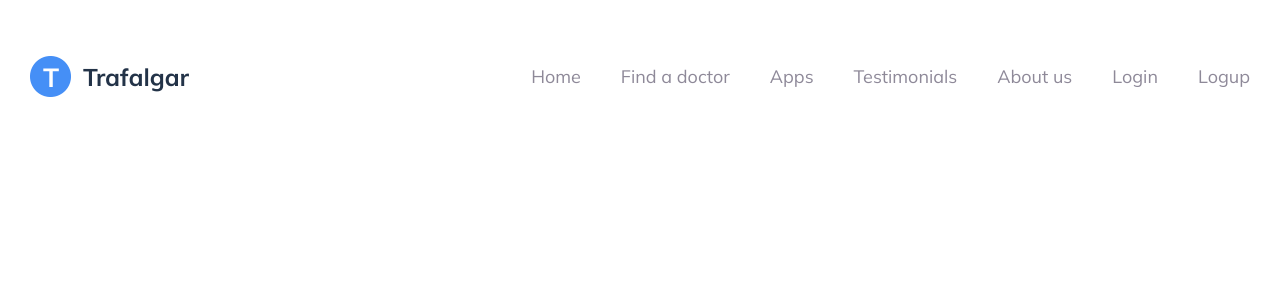
Repository: tungcutte35/Trafalgar
Page: index.html
The author's editor kept a copy of each file at every save. The page is drawn from the files as they stood at one save, then again after a run of saves.
The browser window is 1280 px wide. The pictures show the whole page.
The style sheet was rebuilt from its Sass, Less or Tailwind sources for each picture, by a compiler version that may differ from the author's.

Above is the page before, as saved 2021-10-17 16:10:03.

### index.html
<!DOCTYPE html>
<html lang="en">
<head>
  <meta charset="UTF-8">
  <meta http-equiv="X-UA-Compatible" content="IE=edge">
  <meta name="viewport" content="width=device-width, initial-scale=1.0">
  <title>HE</title>
  <link rel="stylesheet" href="./sass/css/app.css">
  <link rel="preconnect" href="https://fonts.googleapis.com">
  <link rel="preconnect" href="https://fonts.gstatic.com" crossorigin>
  <link href="https://fonts.googleapis.com/css2?family=Mulish:wght@300;400;700&display=swap" rel="stylesheet">
 <link rel="stylesheet" href="./font/fontawesome-free-5.15.4-web/css/all.min.css">
</head>
<body>
  <div class="wrapper">
    <header class="header">
    <div class="container">
      <div class="header-main">
        <img srcset="./Images/logo.png 2x" alt="" class="header-img">
        <ul class="menu">
          <li class="menu-item">
            <a href="#" class="menu-link">Home</a>
          </li>
          <li class="menu-item">
            <a href="#" class="menu-link">Find a doctor</a>
          </li>
          <li class="menu-item">
            <a href="#" class="menu-link">Apps</a>
          </li>
          <li class="menu-item">
            <a href="#" class="menu-link">Testimonials</a>
          </li>
          <li class="menu-item">
            <a href="#" class="menu-link">About us</a>
          </li>
          <li class="menu-item">
            <a href="#" class="menu-link">Login</a>
          </li>
          <li class="menu-item">
            <a href="#" class="menu-link">Logup</a>
          </li>
        </ul>

      </div>
    </div>
  </div>


</body>
</html>

### sass/app.scss
@import "reset";
@import "variables";
@import "global";
@import "header";
@import "./menu";

### sass/_variables.scss
$font: "Mulish", sans-serif;
$gray: #1f1534;
$heading-color: #000000;
$primary-color: #458ff6;
$footer-color: #fff;

### sass/_global.scss
.wrapper {
  max-width: 1600px;
  margin: 0 auto;
}
.container {
  max-width: 1260px;
  margin: 0 auto;
  padding: 0 20px;
}
body {
  font-family: $font;
  line-height: 1;
  font-size: 16px;
  color: $gray;
}
ul {
  list-style-type: none;
}

### sass/_header.scss
.header {
  padding-top: 56px;
  &-main {
    display: flex;
    justify-content: space-between;
    align-items: center;
  }
}

### sass/_menu.scss
.menu {
  display: flex;
  align-items: center;
  gap: 0 40px;
  &-link {
    color: #1f1534;
    opacity: 0.5;
    font-size: 18px;
  }
  &-item:first-child {
    opacity: 1;
  }
}

Loaded but not shown: font/fontawesome-free-5.15.4-web/css/all.min.css (library); sass/_reset.scss (common file)

After the next 3 saves:
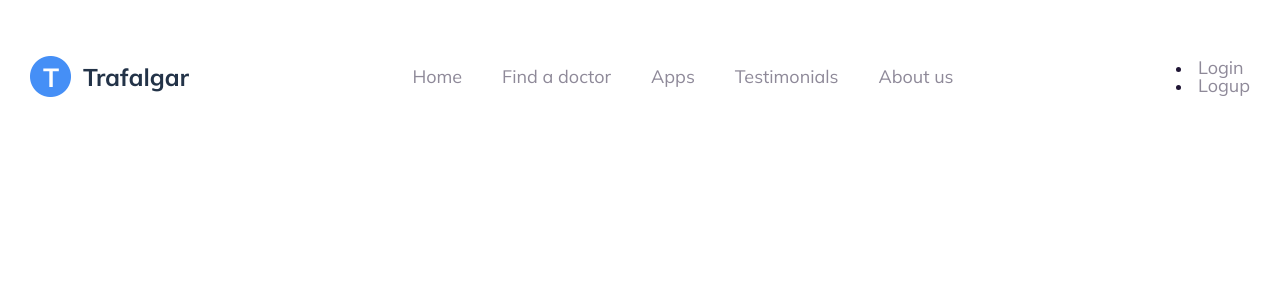
The 3 saves are shown as one change because 2 did not build or start.
The last was saved 82 s later.
--- a/index.html
+++ b/index.html
@@ -33,14 +33,15 @@
           <li class="menu-item">
             <a href="#" class="menu-link">About us</a>
           </li>
+        </ul>
+        <div class="header-log">
           <li class="menu-item">
             <a href="#" class="menu-link">Login</a>
           </li>
           <li class="menu-item">
             <a href="#" class="menu-link">Logup</a>
           </li>
-        </ul>
-
+          </div>
       </div>
     </div>
   </div>
--- a/sass/_menu.scss
+++ b/sass/_menu.scss
@@ -8,6 +8,7 @@
     font-size: 18px;
   }
   &-item:first-child {
+    color: #1f1534;
     opacity: 1;
   }
 }
